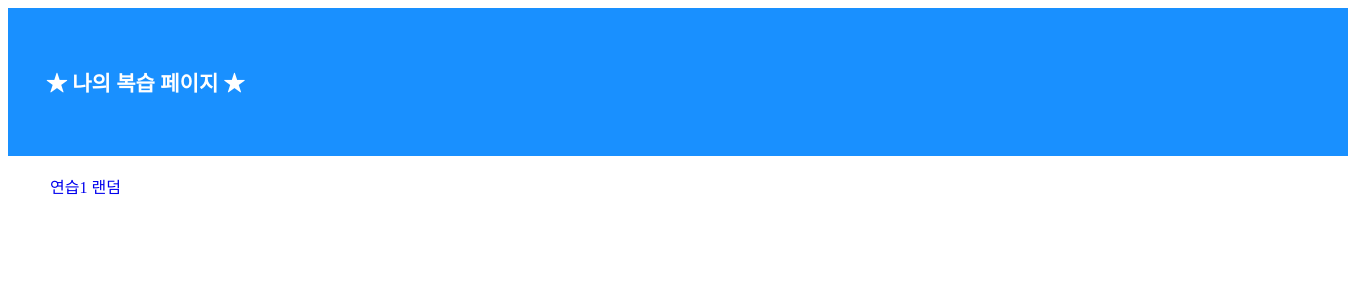
Repository: yoonseo0832/workspace
Page: 05_server/00_Practice/src/main/webapp/index.html
These files come from the project's save history. The page is drawn as it stood at one moment and after the next save; the edit follows.
The browser window is 1280 px wide. The page is 1348 px wide, so the pictures cover 1348 px, including what lies to the right of the window. The pictures show the whole page.

Above is the page before, as saved 2025-03-20 00:47:28.

### 05_server/00_Practice/src/main/webapp/index.html
<!DOCTYPE html>
<html>
<head>
<meta charset="UTF-8">
<title>Insert title here</title>
<style>
	header { width: 100%; padding: 3%; background-color: #1990ff; color: #fff; font-size: large; }

	nav ul { list-style-type: none; }
	nav ul li { float: left; padding:2px; }
	nav ul li:hover { background-color: #1990ff; color:#fff; border: 1px solid #fff; }
	nav ul li a { text-decoration: none; cursor: pointer; }
</style>
</head>
<body>
	<header>
		<h3>★ 나의 복습 페이지 ★</h3>
	</header>
	<nav>
		<ul>
			<!-- TODO: practice1_random.html 파일로 이동하기 위한 링크 생성 -->
			<li><a href="/practice/views/practice1_random.html">연습1 랜덤</a></li>
		</ul>
	</nav>
</body>
</html>

After the next save:
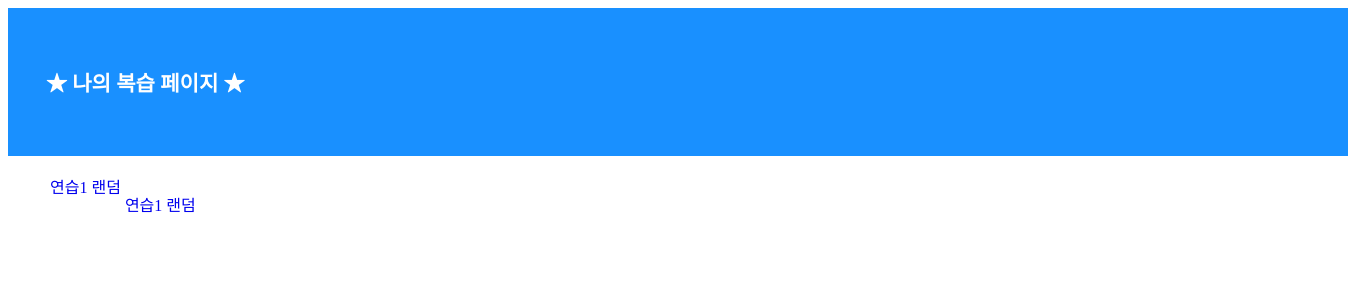
Saved 34 s later.
--- a/05_server/00_Practice/src/main/webapp/index.html
+++ b/05_server/00_Practice/src/main/webapp/index.html
@@ -20,6 +20,8 @@
 		<ul>
 			<!-- TODO: practice1_random.html 파일로 이동하기 위한 링크 생성 -->
 			<li><a href="/practice/views/practice1_random.html">연습1 랜덤</a></li>
+			<br>
+			<li><a href="/views/practice1_random.html">연습1 랜덤</a></li>
 		</ul>
 	</nav>
 </body>

After the save that followed:
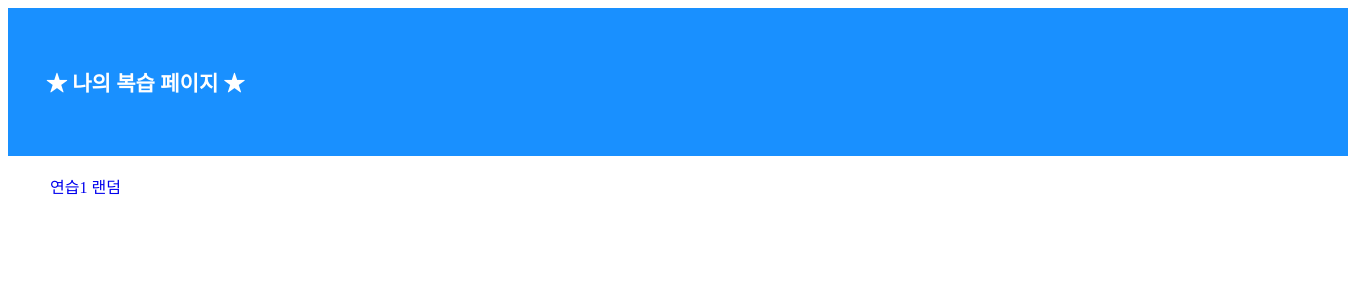
Saved 36 s later.
--- a/05_server/00_Practice/src/main/webapp/index.html
+++ b/05_server/00_Practice/src/main/webapp/index.html
@@ -21,7 +21,7 @@
 			<!-- TODO: practice1_random.html 파일로 이동하기 위한 링크 생성 -->
 			<li><a href="/practice/views/practice1_random.html">연습1 랜덤</a></li>
 			<br>
-			<li><a href="/views/practice1_random.html">연습1 랜덤</a></li>
+			<!--  <li><a href="/views/practice1_random.html">연습1 랜덤</a></li>-->
 		</ul>
 	</nav>
 </body>
